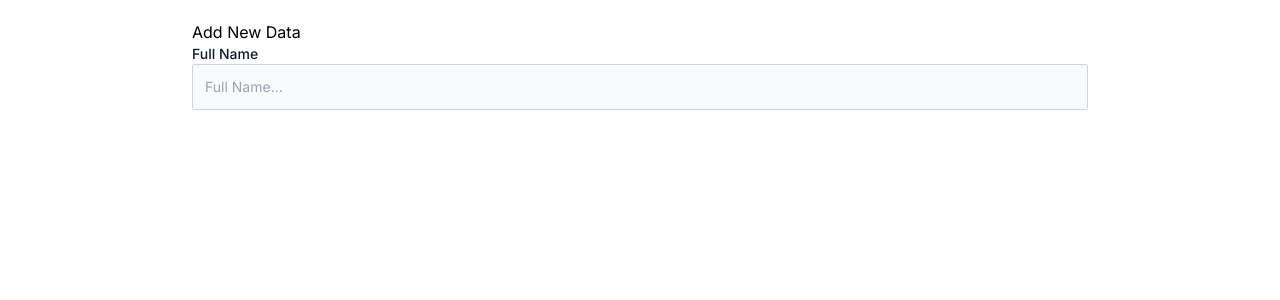
Repository: KilluaProject/crud-nextjs14
Page: /contacts/create
These files come from the project's save history. The page is drawn as it stood at one moment and after the next save; the edit follows.
The browser window is 1280 px wide. The pictures show the whole page.
The project was rebuilt for these pictures with package versions that can differ from the ones it lists, and the page was loaded fresh each time. The framework's server and built-in components were replaced by stand-ins that run in the browser. Also part of the build but not shown: next.config.mjs.

Above is the page before, as saved 2024-06-30 14:07:09.

After the next save:
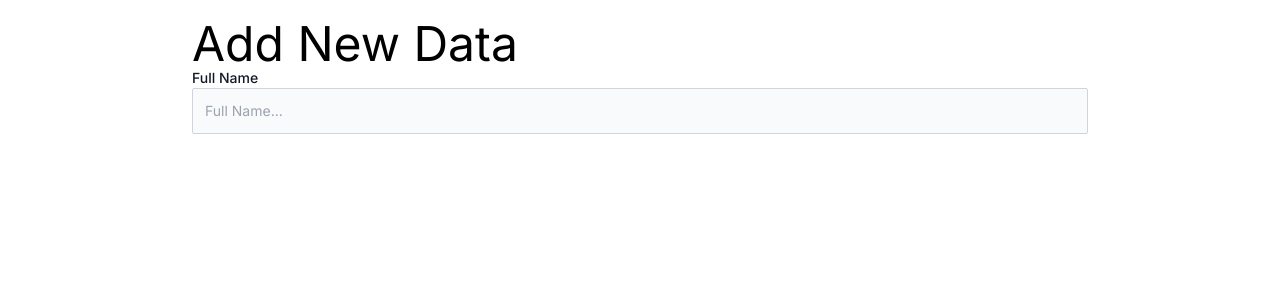
Saved 16 s later.
--- a/app/contacts/create/page.tsx
+++ b/app/contacts/create/page.tsx
@@ -4,7 +4,7 @@ import React from 'react'
 const CreateContact = () => {
   return (
     <div className=' max-w-4xl mx-auto mt-5'>
-      <h1>
+      <h1 className='text-5xl'>
         Add New Data
       </h1>
         <CreateForm/>
